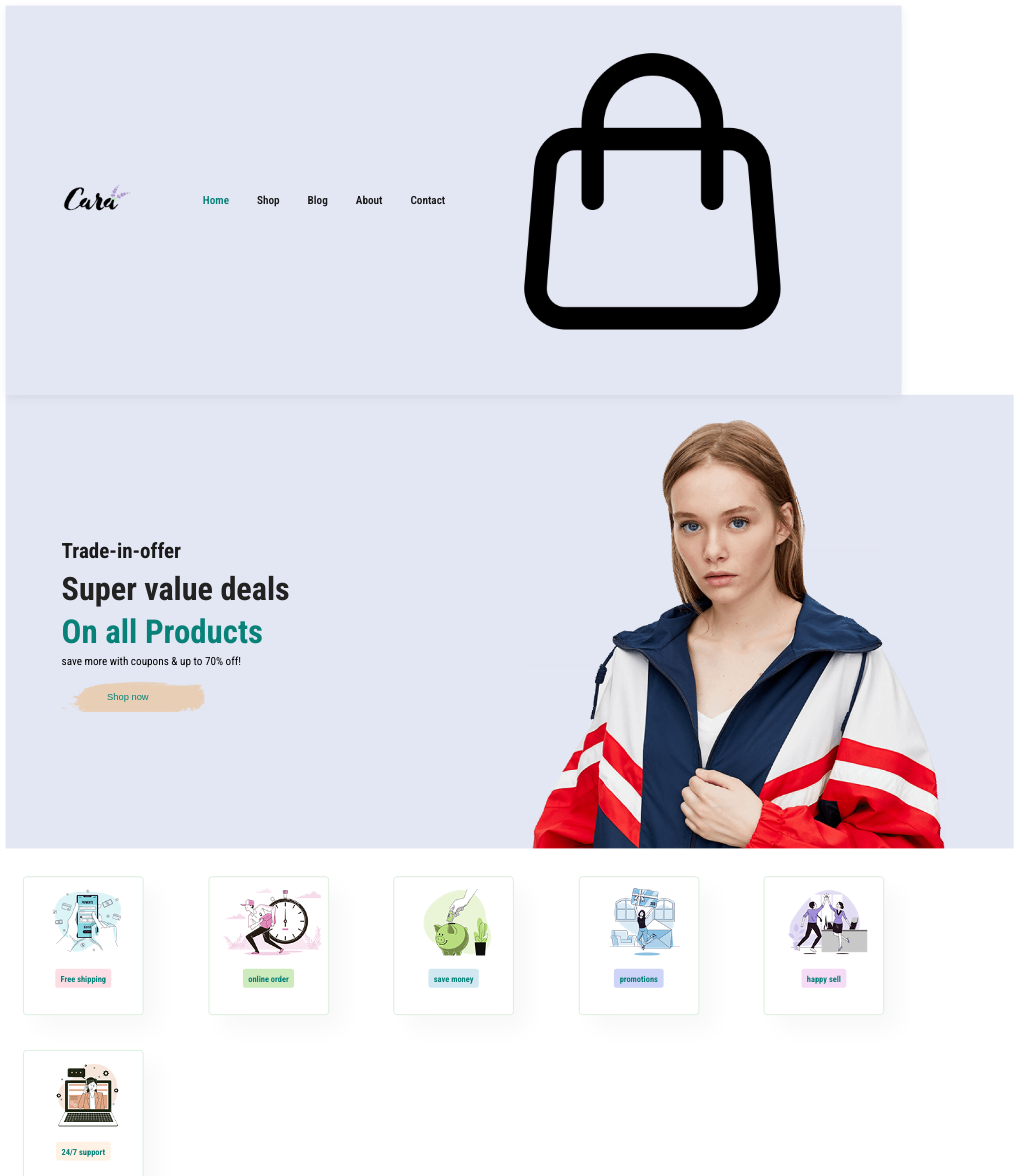
Repository: nhutduy-1905/web_coban
Page: src/index/index.html
The author's editor kept a copy of each file at every save. The page is drawn from the files as they stood at one save, then again after the next save.
The browser window is 1280 px wide. The page is 1448 px wide, so the pictures cover 1448 px, including what lies to the right of the window. The pictures show the part of the page from y = 0 to 1680 px (the page is 4243 px tall before and 3834 px after), at 70% of full size.

Above is the page before, as saved 2024-11-19 21:36:11.

After the next save:
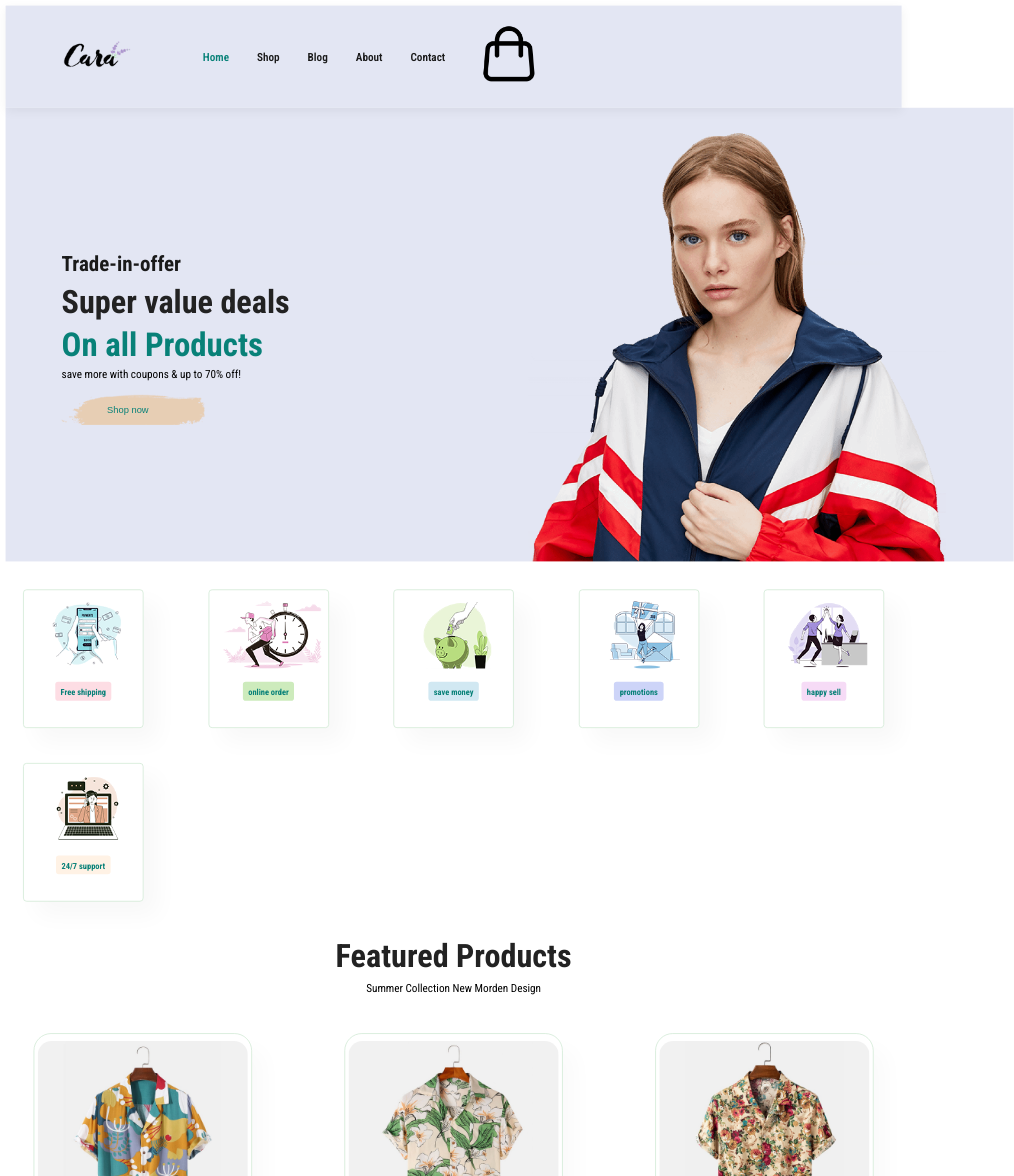
Saved 13 s later.
--- a/src/index/index.html
+++ b/src/index/index.html
@@ -36,7 +36,7 @@
                 <div>About</div>
                 <div>Contact</div>
                 <div>
-                    <img src = "../../shopping-bag.png" alt = "Logo" style="width: 100%";>
+                    <img src = "../../shopping-bag.png" alt = "Logo" style="width: 20%";>
                 </div>
             </div>
         </div>
